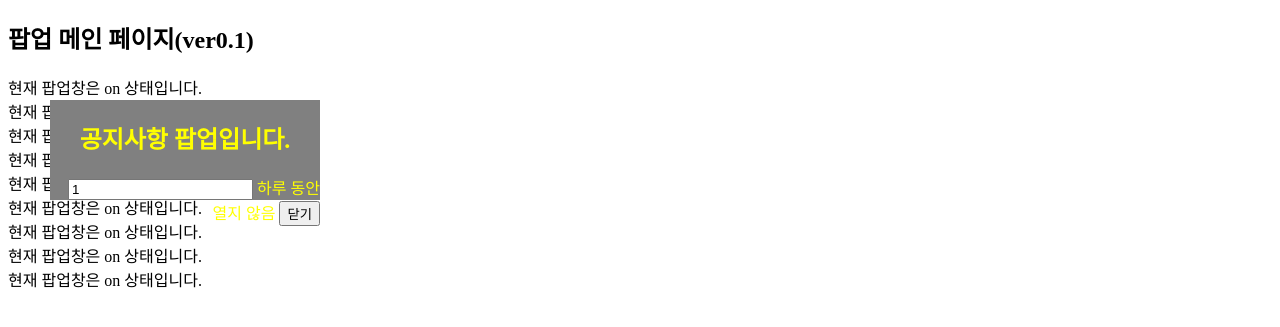
Repository: bluelessman/JSPServlet
Page: http://localhost/ServletStudy/04Cookie/PopupMain.jsp
An editor plug-in stored every save of this project. The page is shown before and after the next save, followed by the edit.
The browser window is 1280 px wide. The pictures show the whole page.
The page is served by Tomcat 10.

Above is the page before, as saved 2023-12-13 01:38:24.

After the next save:
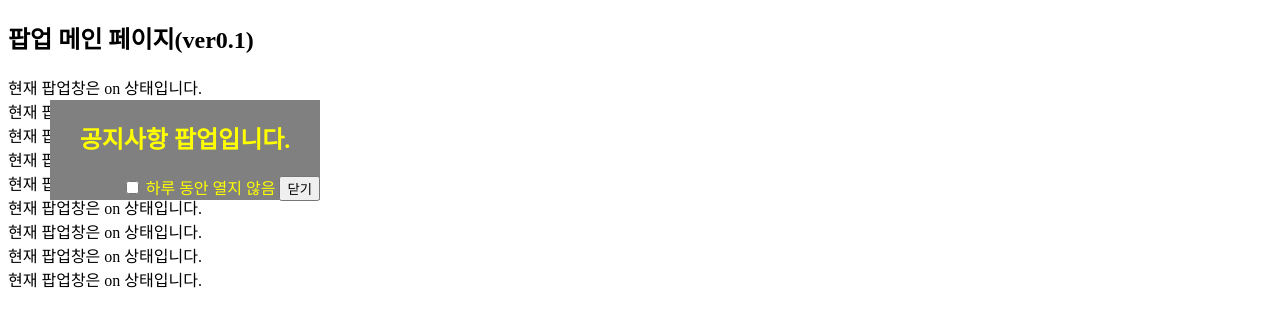
Saved 11 s later.
--- a/ServletStudy/src/main/webapp/04Cookie/PopupMain.jsp
+++ b/ServletStudy/src/main/webapp/04Cookie/PopupMain.jsp
@@ -36,7 +36,7 @@ if(popupMode.equals("on")){
 <div id="popup">
 <h2 align="center">공지사항 팝업입니다.</h2>
 <div align="right"><form name="popFrm">
-<input type="checkbox id="inactiveToday" value="1"/>
+<input type="checkbox" id="inactiveToday" value="1"/>
 하루 동안 열지 않음
 <input type="button" value="닫기" id="closeBtn"/>
 </form></div>
